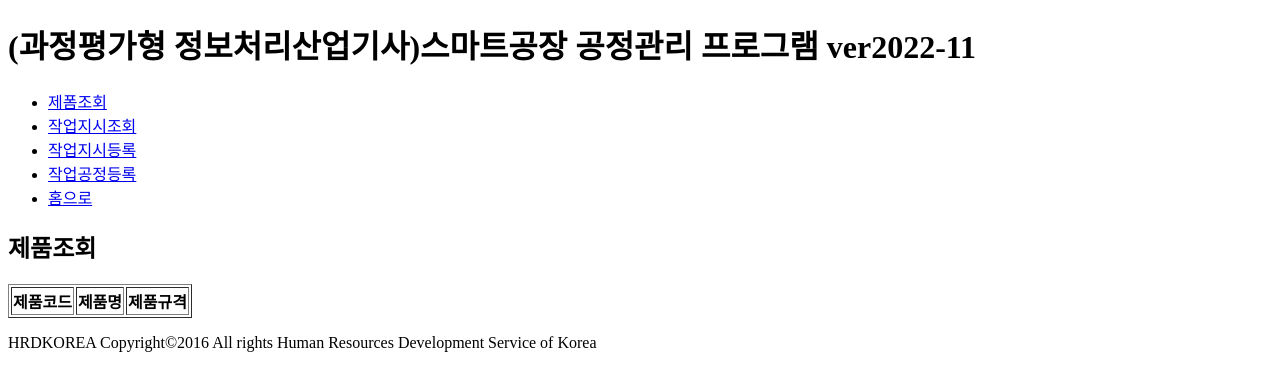
Repository: anakyn01/exam
Page: http://localhost/smart_5/sub1.jsp
These files come from the project's save history. The page is drawn as it stood at one moment and after the next save; the edit follows.
The browser window is 1280 px wide. The pictures show the whole page.
The page is served by Tomcat 9. Other server files are loaded and not shown.

Above is the page before, as saved 2025-01-06 07:05:03.

### smart_5/src/main/webapp/sub1.jsp
<%@ page language="java" contentType="text/html; charset=UTF-8"
    pageEncoding="UTF-8"%>
<jsp:include page="include/header.jsp"/>

<section>
<h2>제품조회</h2>
<table border=1>
<tr>
<th>제품코드</th>
<th>제품명</th>
<th>제품규격</th>
</tr>
</table>
</section>

<jsp:include page="include/footer.jsp"/>

### smart_5/src/main/webapp/include/header.jsp
<%@ page language="java" contentType="text/html; charset=UTF-8"
    pageEncoding="UTF-8"%>
<!DOCTYPE html>
<html>
<head>
<meta charset="UTF-8">
<title>스마트 공정관리 프로그램</title>
<link rel="stylesheet" href="css/style.css"/>
</head>
<body>
<header>
<h1>(과정평가형 정보처리산업기사)스마트공장 공정관리 프로그램 ver2022-11</h1>
</header>
<nav>
<ul>
<li><a href="sub1.jsp">제폼조회</a></li>
<li><a href="sub2.jsp">작업지시조회</a></li>
<li><a href="sub3.jsp">작업지시등록</a></li>
<li><a href="sub4.jsp">작업공정등록</a></li>
<li><a href="index.jsp">홈으로</a></li>
</ul>
</nav>

### smart_5/src/main/webapp/include/footer.jsp
<%@ page language="java" contentType="text/html; charset=UTF-8"
    pageEncoding="UTF-8"%>
<footer>
<p>HRDKOREA Copyright&copy;2016 All rights Human Resources Development Service of Korea</p>
</footer>
</body>
</html>

Loaded but not shown: smart_5/src/main/webapp/css/style.css (common file)

After the next save:
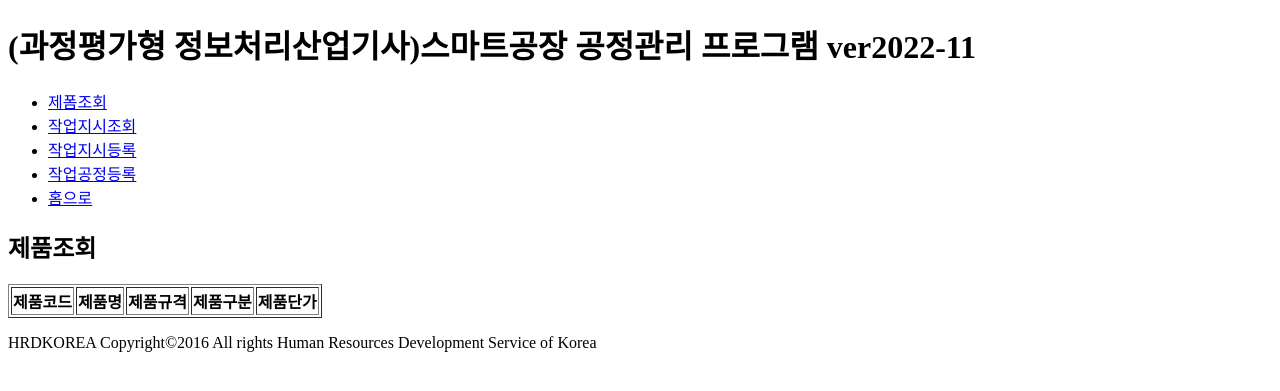
Saved 15 s later.
--- a/smart_5/src/main/webapp/sub1.jsp
+++ b/smart_5/src/main/webapp/sub1.jsp
@@ -9,6 +9,8 @@
 <th>제품코드</th>
 <th>제품명</th>
 <th>제품규격</th>
+<th>제품구분</th>
+<th>제품단가</th>
 </tr>
 </table>
 </section>
